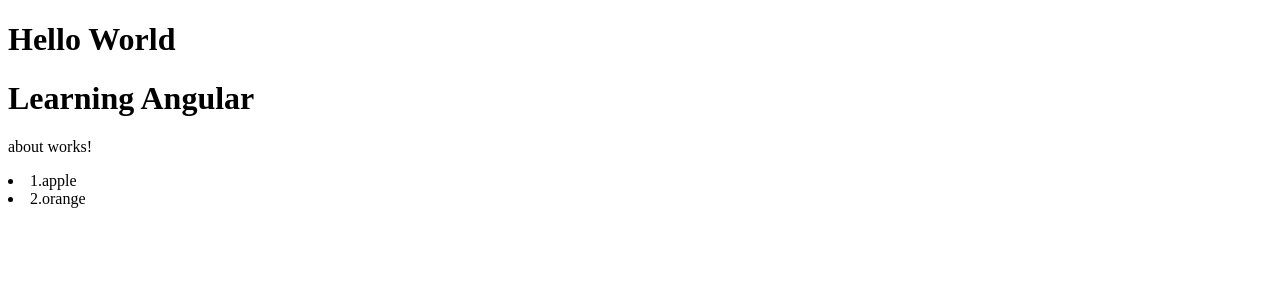
Repository: PhamTrungNguyen/Angular12
Page: / (app in Angular/)
An editor plug-in stored every save of this project. The page is shown before and after the next save, followed by the edit.
The browser window is 1280 px wide. The pictures show the whole page.
The project was rebuilt for these pictures with package versions that can differ from the ones it lists, and the page was loaded fresh each time. Also part of the build but not shown: Angular/angular.json, Angular/src/app/home/home.component.ts.

Above is the page before, as saved 2022-12-31 22:53:28.

After the next save:
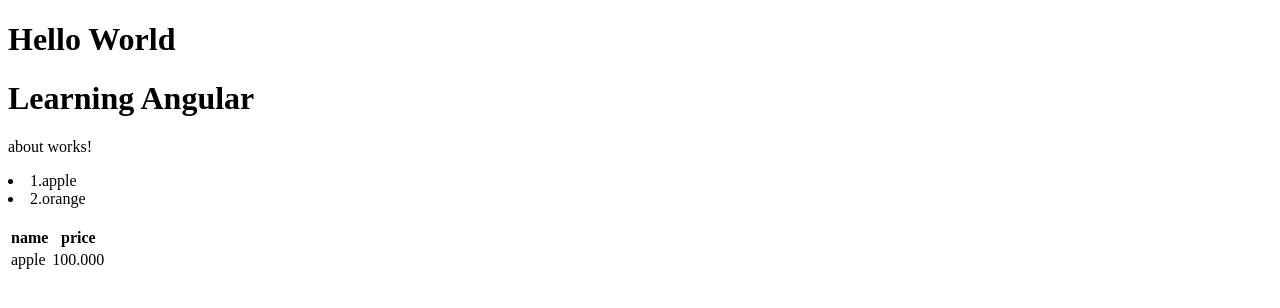
Saved 23 s later.
--- a/Angular/src/app/about/about.component.html
+++ b/Angular/src/app/about/about.component.html
@@ -6,7 +6,14 @@
 <table>
     <thead>
         <tr>
-            <th></th>
+            <th>name</th>
+            <th>price</th>
         </tr>
     </thead>
+    <tbody>
+        <tr>
+            <td>apple</td>
+            <td>100.000</td>
+        </tr>
+    </tbody>
 </table>
